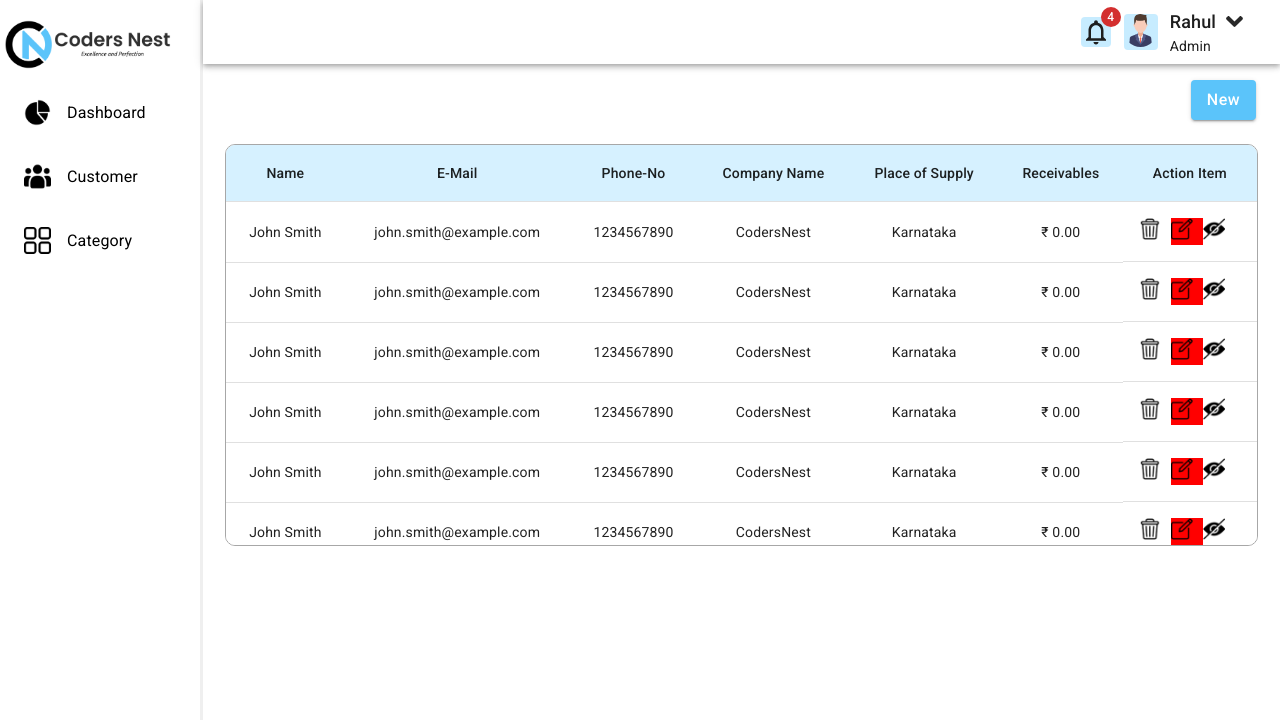
Repository: wajahadalishaik04/CN_Books
Page: /customer
An editor plug-in stored every save of this project. The page is shown before and after the next save, followed by the edit.
The browser window is 1280 px wide. The pictures show the whole page.
An inner scrolling area shows only its first screen. The project was rebuilt for these pictures with package versions that can differ from the ones it lists, and the page was loaded fresh each time. Also part of the build but not shown: vite.config.js, src/pages/LoginScreen.jsx, src/pages/Signin.jsx, src/pages/OtpScreen.jsx, src/pages/SignUp.jsx, src/pages/VerifyScreen.jsx, src/components/Content.jsx, src/pages/DashboardScreen.jsx and 3 more.

Above is the page before, as saved 2024-10-01 00:12:08.

### index.html
<!DOCTYPE html>
<html lang="en">
  <head>
    <meta charset="UTF-8" />
    <link rel="preconnect" href="https://fonts.googleapis.com" />
    <link rel="preconnect" href="https://fonts.gstatic.com" crossorigin />
    <link
      rel="stylesheet"
      href="https://fonts.googleapis.com/css2?family=Roboto:wght@300;400;500;700&display=swap"
    />

    <meta name="viewport" content="width=device-width, initial-scale=1.0" />
    <title>CN_BOOKS</title>
  </head>
  <body>

    <div id="root"></div>
    <script type="module" src="/src/main.jsx"></script>
  </body>
</html>

### src/main.jsx
import { createRoot } from 'react-dom/client'
import App from './App.jsx'
import { Provider } from 'react-redux'
import store from './store/store.js'
import './styles/index.css'
createRoot(document.getElementById('root')).render(
 <Provider store={store}>
   <App />
 </Provider>
)

### src/App.jsx
import React from "react";
import LoginScreen from "./pages/LoginScreen";
import { BrowserRouter, Routes, Route, Navigate } from "react-router-dom";
import Signin from "./pages/Signin";
import { useSelector } from "react-redux";
import OtpScreen from "./pages/OtpScreen";
import SignUp from "./pages/SignUp";
import VerifyScreen from "./pages/VerifyScreen";
import DashboardScreen from "./pages/DashboardScreen";
import SideBar from "./components/SideBar";
import Header from "./components/Header";
import Customer from "./pages/Customer";
import WrapComponent from "./pages/WrapComponent";
import Category from "./pages/Category";
import NewCustomer from "./pages/customerscreens/NewCustomer";

const App = () => {
  const { user } = useSelector((e) => e.userReducer);
  return (
    <>
      <BrowserRouter>
        <Routes>
          <Route element={<WrapComponent />}>
            <Route path="/dashboardscreen" element={<DashboardScreen />} />
            <Route path="/customer" element={<Customer />} />
            <Route path="/category" element={<Category />} />
            <Route path="/newcustomer" element={<NewCustomer />} />

          </Route>
          <Route
            path="/"
            element={<Navigate to={user ? "/signin" : "/LoginScreen"} />}
          />
          <Route
            path="/signin"
            element={user ? <Navigate to={"/dashboardscreen"} /> : <Signin />}
          />
          <Route path="/loginscreen" element={<LoginScreen />} />
          <Route path="/otpscreen" element={<OtpScreen />} />
          <Route path="/signup" element={<SignUp />} />
          <Route path="/verifyscreen" element={<VerifyScreen />} />
        </Routes>
      </BrowserRouter>
    </>
  );
};

export default App;

### src/store/store.js
import { configureStore } from "@reduxjs/toolkit";
import { userReducer } from "./reducer";

const store = configureStore({
    reducer:{userReducer}
})
export default store;

### src/styles/index.css
*
{
    margin: 0;
    padding: 0;
    border: none;

}
.img
{
    background-color: red;
    background-clip: content-box;
    -webkit-background-clip: content-box;
    visibility: hidden;
}

### src/components/SideBar.jsx
import {
  Box,
  List,
  ListItem,
  ListItemButton,
  ListItemIcon,
  ListItemText,
  styled,
} from "@mui/material";
import React from "react";
import { Link } from "react-router-dom";  // Import Link from react-router-dom
import { images } from "../utils/ImgUtils";

const SideBar = () => {
  const StyledListItemButton = styled(ListItemButton)({
    "&:hover .MuiListItemIcon-root": {
      color: "white",
    },
    "&:hover": {
      backgroundColor: "#5BC4FA",
      color: "#fff",
      borderRadius: 8,
    },
    //dashboard white icon
    "&:hover .dashboardicon": {
      content: `url(${images.dashboardwhiteicon})`,
    },
    //customer group white icon
    "&:hover .groupcustomericon": {
      content: `url(${images.groupcustomerwhiteicon})`,
    },
    //category white icon
    "&:hover .categoryicon": {
      content: `url(${images.categorywhiteicon})`,
    },
  });

  return (
    <>


      <Box position={"relative"}
        flex={1}
        sx={{
          width: "100%",
          maxWidth: 200,
          borderRight: "3px solid #EFEFEF",
          height: "100vh",
        }}
      >
        <Box>
        <Box flex={1} mt={2.5} >
              <img src={images.codersnestLogo} width={180} alt="" />

              </Box>
          <List>
            <ListItem disablePadding sx={{ padding: 1 }}>
              <StyledListItemButton component={Link} to="/dashboardscreen">
                <Box sx={{ display: "flex", gap: 2, alignItems: "center" }}>
                  <img
                    src={images.dashboardicon}
                    alt="Dashboard Icon"
                    className="dashboardicon"
                    style={{ width: "27px", height: "27px" }}
                  />
                  <ListItemText maxWidth={130} primary="Dashboard" />
                </Box>
              </StyledListItemButton>
            </ListItem>

            <ListItem disablePadding sx={{ padding: 1 }}>
              <StyledListItemButton component={Link} to="/customer">
                <Box sx={{ display: "flex", gap: 2, alignItems: "center" }}>
                  <img
                    src={images.groupcustomericon}
                    alt="Group Customer Icon"
                    className="groupcustomericon"
                    style={{ width: "27px", height: "27px" }}
                  />
                  <ListItemText maxWidth={130} primary="Customer" />
                </Box>
              </StyledListItemButton>
            </ListItem>

            <ListItem disablePadding sx={{ padding: 1 }}>
              <StyledListItemButton component={Link} to="/category">
                <Box sx={{ display: "flex", gap: 2, alignItems: "center" }}>
                  <img
                    src={images.categoryicon}
                    alt="category icon"
                    className="categoryicon"
                    style={{ width: "27px", height: "27px" }}
                  />
                  <ListItemText maxWidth={130} primary="Category" />
                </Box>
              </StyledListItemButton>
            </ListItem>
          </List>
        </Box>
      </Box>
    </>
  );
};

export default SideBar;

### src/components/Header.jsx
import { AppBar, Avatar, Badge, Box, Button, Menu, MenuItem, Stack, styled, Toolbar, Typography } from "@mui/material";
import React, { useState } from "react";
import { images } from "../utils/ImgUtils";
import {   NotificationsOutlined,   } from "@mui/icons-material";
import { FaAngleDown } from "react-icons/fa";
const Header =() =>
{
const StyledToolbar = styled(Toolbar)({
    display: "flex",
    justifyContent: "flex-end",
    alignItems: "center",
    backgroundColor: "white",
    flexWrap:"wrap"
  });
  const IconContainer = styled(Box)({
    display: "flex",
    justifyContent:"center",
    alignItems:"center",
    gap:"12px",
    marginRight:"8px"

  })
  const [open,SetOpen] = useState(false);
  const handleOpen = ()=>
  {
    SetOpen(true)
  }
  return (
    <>
      <Box>
        <Box flex={1}>
          <AppBar position="sticky">
            <StyledToolbar>

              <IconContainer >
              <Badge badgeContent={4} color="error" sx={{display:{xs:"none",sm:"flex",marginRight:1}}}>
                <NotificationsOutlined fontSize="large" sx={{ fontSize:"30px", color:"#1E1E1E",backgroundColor:"#C7ECFF", borderRadius:"4px"}} />
              </Badge>
              <Box component={"span"} width={34}height={36} backgroundColor="#C7ECFF" borderRadius={"4px"}>
              <Avatar alt="Remy Sharp"  src={images.officemanImg} sx={{width:"33px", height:"33px"}}  />
              </Box>
              <Box sx={{display:"flex", gap:"5px"}}>
                <Box>
                <Typography variant="h6" sx={{color:"#1E1E1E",fontSize:"18px"}}>Rahul</Typography>
                <Typography variant="body2" sx={{color:"#1E1E1E"}}>Admin</Typography>
                </Box>

              <FaAngleDown onClick={handleOpen}   color=" rgba(0, 0, 0, 0.84)" fontSize={"27px"}/>
              </Box>

              {/* arrowdown icon */}
              <Menu
              sx={{position:"absolute",top:"56px"}}
        id="demo-positioned-menu"
        aria-labelledby="demo-positioned-button"

        open={open}
        onClose={e=>SetOpen(false)}
        anchorOrigin={{
          vertical: 'top',

          horizontal: 'right',
        }}
        transformOrigin={{
          vertical: 'top',
          horizontal: 'left',
        }}
      >
        <MenuItem ><Box sx={{display:"flex", alignContent:"center",marginRight:"5px"}}><img src={images.Customericon} alt="CustomerIcon" /> </Box>My Profile</MenuItem>
        <MenuItem ><Box sx={{display:"flex", alignContent:"center", marginRight:"10px"}}><img src={images.Addressicon}width={"25px"} alt="AddressIcon" /></Box> My Address</MenuItem>
        <MenuItem ><Box sx={{display:"flex", alignContent:"center", marginRight:"10px"}}><img src={images.Passwordicon}width={"25px"} alt="PasswordIcon" /></Box>Change Password</MenuItem>
        <MenuItem ><Box sx={{display:"flex", alignContent:"center", marginRight:"9px"}}><img src={images.Accounticon}width={"25px"} alt="AccountIcon" /></Box>Close Your Account</MenuItem>
        <MenuItem ><Box sx={{display:"flex", alignContent:"center", marginRight:"10px"}}><img src={images.Logouticon}width={"25px"} alt="LogoutIcon" /></Box>Logout</MenuItem>
      </Menu>
              </IconContainer>
            </StyledToolbar>
          </AppBar>
        </Box>
      </Box>
    </>
  );
};
export default Header

### src/pages/Customer.jsx
import React from 'react'
import Button from '@mui/material/Button'
import { Box, styled  } from '@mui/material'
import Table from '../components/CustomerTable'
import { Link } from 'react-router-dom'
const Customer = () => {
  const StyledButton = styled(Button)({
    color:'white',
    backgroundColor:"#5BC4FA",
    fontSize:"1rem",
    textTransform:"none"
  })
  return (
   <>
   <Box marginTop={2} >
   <Box sx={{display:"flex",justifyContent:"flex-end",alignItems:"center", paddingRight:"1.5rem"}}>
   <StyledButton variant="contained"component={Link} to={"/newcustomer"} >
     New
   </StyledButton>
   </Box>
   <Table/>
   </Box>
   </>
  )
}

export default Customer

### src/pages/WrapComponent.jsx
import { Box } from "@mui/material";
import React from "react";
import SideBar from "../components/SideBar";
import Header from "../components/Header";
import { Outlet } from "react-router-dom";

const WrapComponent = () => {
  return (
    <>
      <Box sx={{ display: "flex" }}>
        <SideBar />
        <Box flex={1}>
          <Header />
          <Outlet/>
        </Box>
      </Box>
    </>
  );
};

export default WrapComponent;

### src/store/reducer.js
import { createReducer } from "@reduxjs/toolkit";

export const userReducer = createReducer({user:null},(builder)=>
{
    builder.addCase("loginUser",(state,action)=>
    {
        state.user = action.payload
    })
})

### src/utils/ImgUtils.js
export const images ={
    backgroundImg:"./images/BackgroundImg.jpeg",
    codersnest:"./images/codersnest.png",
    codersnestLogo:"./images/codersnest1.png",
    loginImg:"./images/login_illustration.png",
    otpImg:"./images/otpImg.png",
    signupImg:"./images/signup.png",
    googleicon:"./images/google-color-icon.png",
    facebookicon:"./images/facebook-round-color-icon.png",
    linkedinicon:"./images/linkedin-app-icon.png",
    xicon:"./images/x-social-media-round-icon.png",
    officemanImg:"./images/officeman.png",
    appleicon:"./images/apple.png",
    windowsicon:"./images/windows.png",
    Arrowdownicon:"./images/Arrowdown.png",
    Customericon:"./images/Customer.png",
    Addressicon:"./images/Address.png",
    Passwordicon:"./images/Password.png",
    Accounticon:"./images/Account.png",
    Logouticon:"./images/Logout.png",
    dashboardwhiteicon:"./images/DashboardWhiteIcon.png",
    dashboardicon:"./images/DashboardIcon.png",
    groupcustomericon:"./images/GroupCustomerIcon.png",
    groupcustomerwhiteicon:"./images/GroupCustomerWhiteIcon.png",
    categoryicon:"./images/categoryicon.png",
    categorywhiteicon:"./images/CategoryWhiteIcon.png",
    editicon:"./images/EditIcon.png",
    binicon:"./images/EditIcon.png",
    editicon:"./images/BinIcon.png",
    hiddenicon:"./images/HiddenIcon.png",
    verticaldoticon:"./images/VerticalDots.png",
    dollararrowicon:"./images/dollarArrow.png",
    doticon:"./images/dotIcon.png"
}

### src/components/CustomerTable.jsx
import {
  Box,
  Table,
  TableBody,
  TableCell,
  TableContainer,
  TableHead,
  TableRow,
  Paper,
} from "@mui/material";
import React from "react";
import { images } from "../utils/ImgUtils";
import { Padding } from "@mui/icons-material";

const  CustomerTable = () => {
  const createData = (
    Name,
    EMail,
    PhoneNo,
    CompanyName,
    PlaceofSupply,
    Receivables,
    ActionItem
  ) => {
    return {
      Name,
      EMail,
      PhoneNo,
      CompanyName,
      PlaceofSupply,
      Receivables,
      ActionItem,
    };
  };

  const rows = [
    createData(
      "John Smith",
      "john.smith@example.com",
      "1234567890",
      "CodersNest",
      "Karnataka",
      "₹ 0.00"
    ),
    createData(
      "John Smith",
      "john.smith@example.com",
      "1234567890",
      "CodersNest",
      "Karnataka",
      "₹ 0.00"
    ),
    createData(
      "John Smith",
      "john.smith@example.com",
      "1234567890",
      "CodersNest",
      "Karnataka",
      "₹ 0.00"
    ),
    createData(
      "John Smith",
      "john.smith@example.com",
      "1234567890",
      "CodersNest",
      "Karnataka",
      "₹ 0.00"
    ),
    createData(
      "John Smith",
      "john.smith@example.com",
      "1234567890",
      "CodersNest",
      "Karnataka",
      "₹ 0.00"
    ),
    createData(
      "John Smith",
      "john.smith@example.com",
      "1234567890",
      "CodersNest",
      "Karnataka",
      "₹ 0.00"
    ),
    createData(
      "John Smith",
      "john.smith@example.com",
      "1234567890",
      "CodersNest",
      "Karnataka",
      "₹ 0.00"
    ),
    createData(
      "John Smith",
      "john.smith@example.com",
      "1234567890",
      "CodersNest",
      "Karnataka",
      "₹ 0.00"
    ),
    createData(
      "John Smith",
      "john.smith@example.com",
      "1234567890",
      "CodersNest",
      "Karnataka",
      "₹ 0.00"
    ),
    createData(
      "John Smith",
      "john.smith@example.com",
      "1234567890",
      "CodersNest",
      "Karnataka",
      "₹ 0.00"
    ),
    createData(
      "John Smith",
      "john.smith@example.com",
      "1234567890",
      "CodersNest",
      "Karnataka",
      "₹ 0.00"
    ),
  ];

  return (
    <>
      <Box
        flex={1}
        sx={{
          border: "1px solid #A7A7A7",
          borderRadius: "10px",
          overflow: "hidden",
          margin: "0 22px",
          marginTop: 3,
        }}
      >
        {/* Responsive container */}
        <TableContainer
          component={Paper}
          sx={{ maxHeight: { xs: "400px", md: "auto" }, overflowX: "auto" }}
        >
          <Table>
            <TableHead sx={{ backgroundColor: "#D6F1FF" }}>
              <TableRow>
                <TableCell align="center">Name</TableCell>
                <TableCell align="center">E-Mail</TableCell>
                <TableCell align="center">Phone-No</TableCell>
                <TableCell align="center">Company Name</TableCell>
                <TableCell align="center">Place of Supply</TableCell>
                <TableCell align="center">Receivables</TableCell>
                <TableCell align="center">Action Item</TableCell>
              </TableRow>
            </TableHead>
            <TableBody>
              {rows.map((row) => (
                <TableRow
                  key={row.Name}
                  sx={{
                    "&:last-child td, &:last-child th": {
                      borderBottom: "1px solid #EFEFEF",
                    },
                  }}
                >
                  <TableCell align="center" component="th" scope="row">
                    {row.Name}
                  </TableCell>
                  <TableCell align="center">{row.EMail}</TableCell>
                  <TableCell align="center">{row.PhoneNo}</TableCell>
                  <TableCell align="center">{row.CompanyName}</TableCell>
                  <TableCell align="center">{row.PlaceofSupply}</TableCell>
                  <TableCell align="center">{row.Receivables}</TableCell>

                  {/* Render the icons in a single TableCell */}
                  <TableCell
                    align="center"
                    sx={{ display: { xs: "none", sm: "flex" } }}
                  >
                    <img
                      src={images.editicon}
                      alt="Edit Icon"
                      style={{
                        width: "22px",
                        height: "22px",
                        marginRight: "10px",
                      }}
                    />
                    <Box sx={{ backgroundColor:"red",backgroundClip:"border-box", }}>
                      {" "}
                      <img
                        src={images.binicon}
                        alt="Bin Icon"
                        style={{
                          width: "22px",
                          height: "22px",
                          marginRight: "10px",
                        }}
                      />
                    </Box>
                    <img
                      src={images.hiddenicon}
                      alt="Hidden Icon"
                      style={{ width: "22px", height: "22px" }}
                    />
                  </TableCell>
                  <TableCell
                    align="center"
                    sx={{ display: { xs: "flex", sm: "none" } }}
                  >
                    <img
                      src={images.verticaldoticon}
                      alt="Hidden Icon"
                      style={{ width: "22px", height: "22px" }}
                    />
                  </TableCell>
                </TableRow>
              ))}
            </TableBody>
          </Table>
        </TableContainer>
      </Box>
    </>
  );
};

export default CustomerTable;

After the next save:
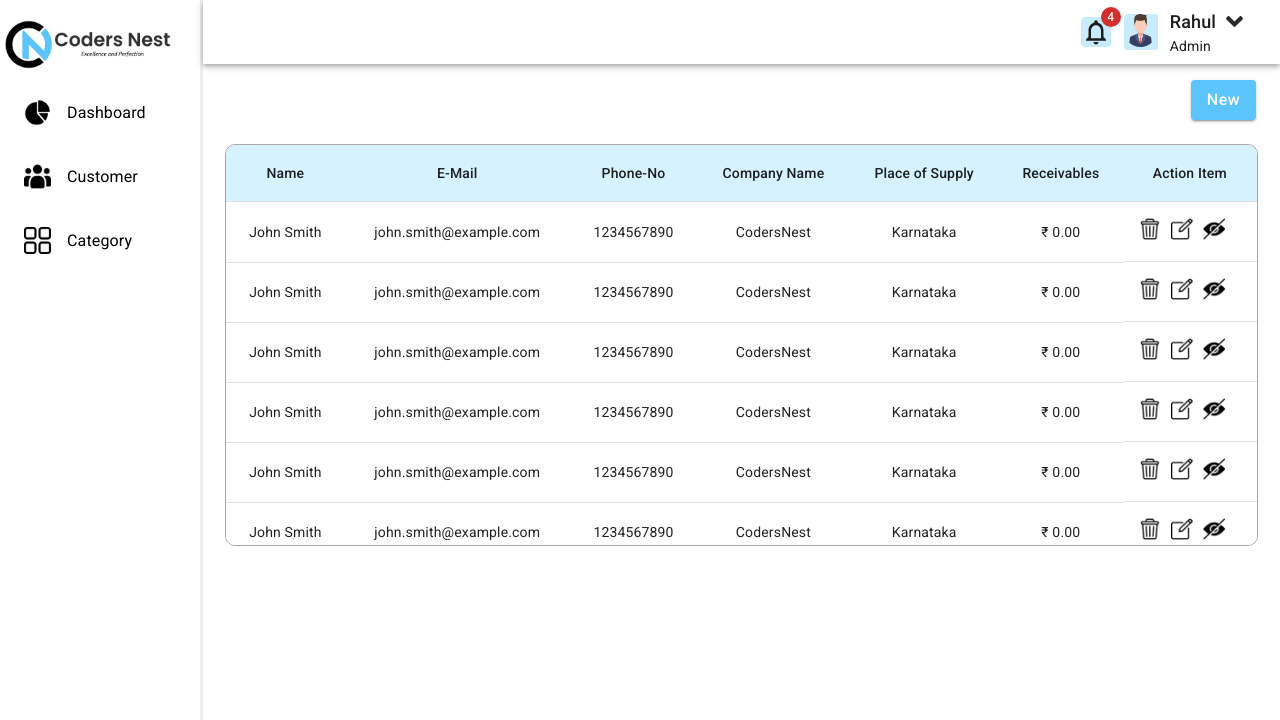
Saved 61 s later.
--- a/src/components/CustomerTable.jsx
+++ b/src/components/CustomerTable.jsx
@@ -186,7 +186,7 @@ const  CustomerTable = () => {
                         marginRight: "10px",
                       }}
                     />
-                    <Box sx={{ backgroundColor:"red",backgroundClip:"border-box", }}>
+                    <Box sx={{ backgroundClip:"border-box", }}>
                       {" "}
                       <img
                         src={images.binicon}
